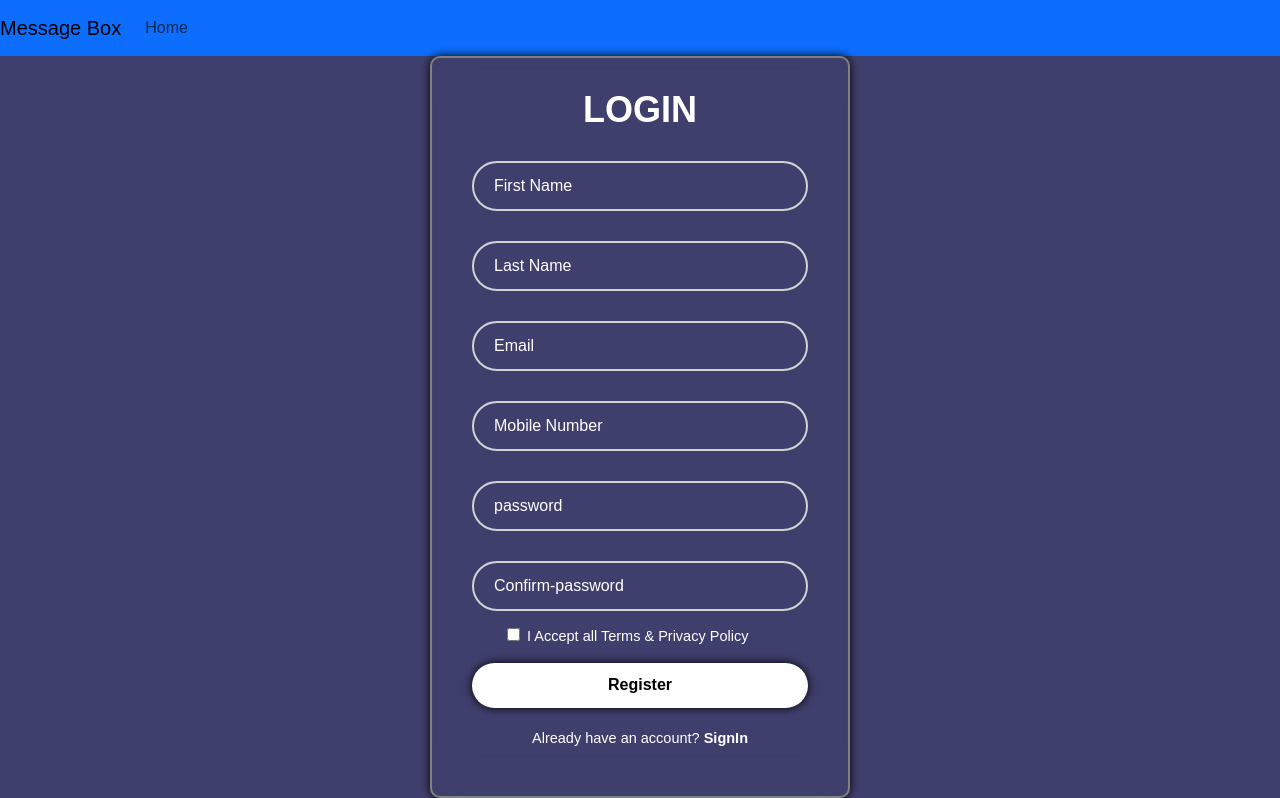
Repository: 05Mohammedismail/xworkz--Advance-Java
Page: Sep11_RegisterationForm/src/main/webapp/Register.html
The author's editor kept a copy of each file at every save. The page is drawn from the files as they stood at one save, then again after the next save.
The browser window is 1280 px wide. The pictures show the whole page.

Above is the page before, as saved 2023-09-12 03:02:44.

### Sep11_RegisterationForm/src/main/webapp/Register.html
<!doctype html>
<html lang="en">
  <head>
    <meta charset="utf-8">
    <meta name="viewport" content="width=device-width, initial-scale=1">
    <title>Registration Form</title>
    <link href="https://cdn.jsdelivr.net/npm/bootstrap@5.3.1/dist/css/bootstrap.min.css" rel="stylesheet" integrity="sha384-4bw+/aepP/YC94hEpVNVgiZdgIC5+VKNBQNGCHeKRQN+PtmoHDEXuppvnDJzQIu9" crossorigin="anonymous">
</head>
<style>
 * {
margin: 0;
padding: 0;
box-sizing: border-box;
font-family: "poppins", sans-serif;
}

.body {
display: flex;
justify-content: center;
align-items: center;
min-height: 100hv;
background: rgb(63, 63, 109);
}

.wrapper{
width: 420px;
background: transparent;
border: 2px solid gray;
backdrop-filter: blur(20px);
box-shadow: 0 0 10px black;
color: white;
border-radius: 10px;
padding: 30px 40px;
}

.wrapper h1{
font-size: 36px;
text-align: center;
font-weight: 600;
}

.wrapper .input-box{
width: 100%;
height: 50px;
margin: 30px 0;
}

.input-box input{
width: 100%;
height: 100%;
background: transparent;
border: none;
outline: none;
border: 2px solid lightgray;
border-radius: 40px;
color: white;
font-size: 16px;
padding: 20px 45px 20px 20px;
}

.input-box input::placeholder{
color: white;
}

.wrapper .remember-me{
display: flex;
justify-content: space-between;
font-size: 14.5px;
margin: -15px 0 15px 35px;
}

.remember-me label input{
 color: white;
 margin-right:3px;
}

.remember-me a{
color: white;
text-decoration: none;
}

.remember-me a:hover{
text-decoration: underline;
}

.wrapper .btn{
width: 100%;
height: 45px;
background: white;
border: none;
outline: none;
border-radius: 40px;
box-shadow: 0 0 10px black;
cursor: pointer;
font-size: 16px;
color: black;
font-weight: 600;
}

.wrapper .already-have{
font-size: 14.5px;
text-align: center;
margin: 20px 0 15px;
}

.already-have p a{
color: white;
text-decoration: none;
font-weight: 600;
}

.already-have p a:hover{
text-decoration: underline;
}

</style>
<body>
<nav class="navbar navbar-expand-lg navbar-light bg-primary">
  <a class="navbar-brand">Message Box</a>
  <button class="navbar-toggler" type="button" data-toggle="collapse" data-target="#navbarNav" aria-controls="navbarNav" aria-expanded="false" aria-label="Toggle navigation">
    <span class="navbar-toggler-icon"></span>
  </button>
  <div class="collapse navbar-collapse" id="navbarNav">
    <ul class="navbar-nav">
      <li class="nav-item">
        <a class="nav-link" href="index.html">Home</a>
      </li>
    </ul>
  </div>
</nav>

<div class="body">
<div class="wrapper">
 <form action="">
 	<h1>LOGIN</h1>

 	<div class = "input-box">
 	<input type="text" placeholder="First Name" required="required">
 	</div>

 	<div class = "input-box">
 	<input type="text" placeholder="Last Name" required="required">
 	</div>

 	<div class = "input-box">
 	<input type="email" placeholder="Email" required="required">
 	</div>

 	<div class = "input-box">
 	<input type="number" placeholder="Mobile Number" required="required">
 	</div>

 	<div class = "input-box">
 	<input type="password" placeholder="password" required="required">
 	</div>

 	<div class = "input-box">
 	<input type="password" placeholder="Confirm-password" required="required">
 	</div>

 	<div class="remember-me">
 	<label> <input type="checkbox"> I Accept all <a href="#">Terms</a> & <a href="#">Privacy Policy</a> </label>
 	</div>

 	<input type="submit" class="btn" value="Register">


 	<div class="already-have">
 	<p> Already have an account? <a href="#"> SignIn</a> </p>
 	</div>



 </form>
</div>
</div>

<script src="https://cdn.jsdelivr.net/npm/bootstrap@5.3.1/dist/js/bootstrap.bundle.min.js" integrity="sha384-HwwvtgBNo3bZJJLYd8oVXjrBZt8cqVSpeBNS5n7C8IVInixGAoxmnlMuBnhbgrkm" crossorigin="anonymous"></script>

</body>
</html>

After the next save:
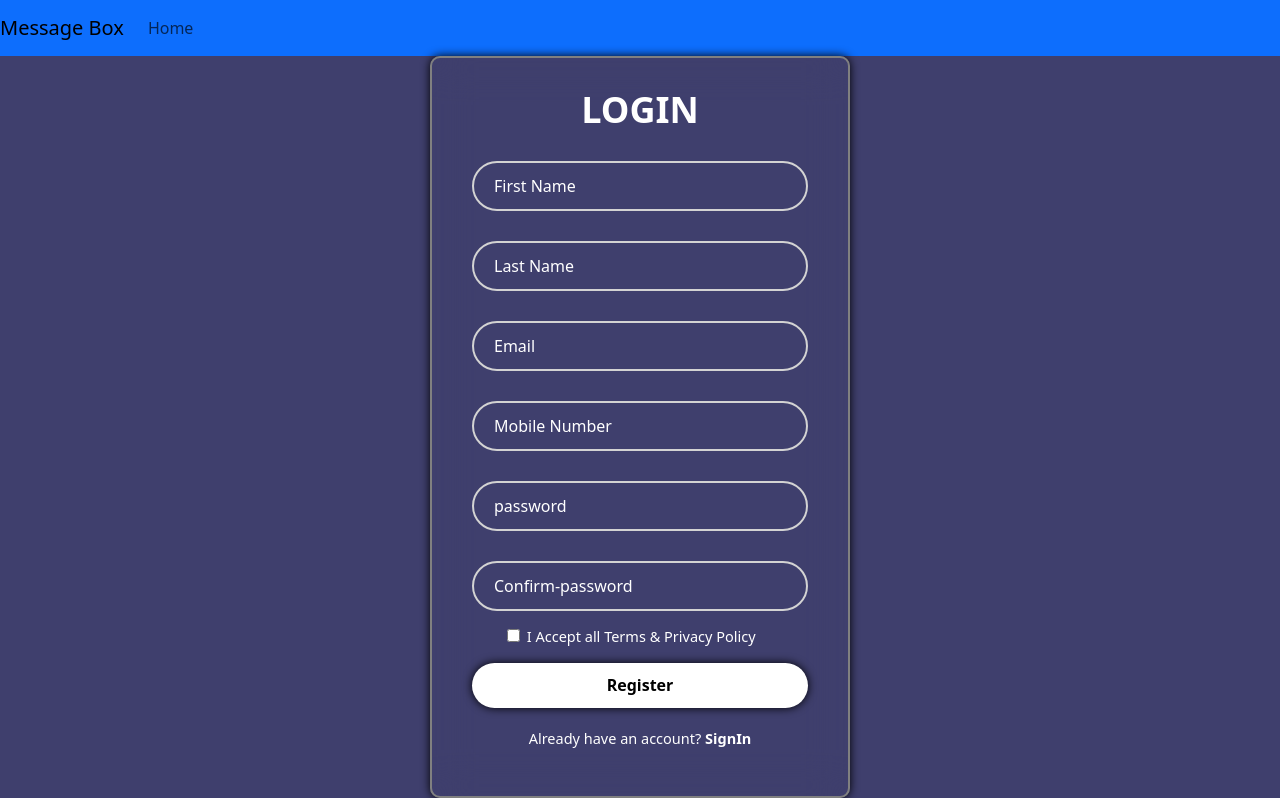
Saved 32 s later.
--- a/Sep11_RegisterationForm/src/main/webapp/Register.html
+++ b/Sep11_RegisterationForm/src/main/webapp/Register.html
@@ -7,12 +7,7 @@
     <link href="https://cdn.jsdelivr.net/npm/bootstrap@5.3.1/dist/css/bootstrap.min.css" rel="stylesheet" integrity="sha384-4bw+/aepP/YC94hEpVNVgiZdgIC5+VKNBQNGCHeKRQN+PtmoHDEXuppvnDJzQIu9" crossorigin="anonymous">
 </head>
 <style>
- * {
-margin: 0;
-padding: 0;
-box-sizing: border-box;
-font-family: "poppins", sans-serif;
-}
+
 
 .body {
 display: flex;
